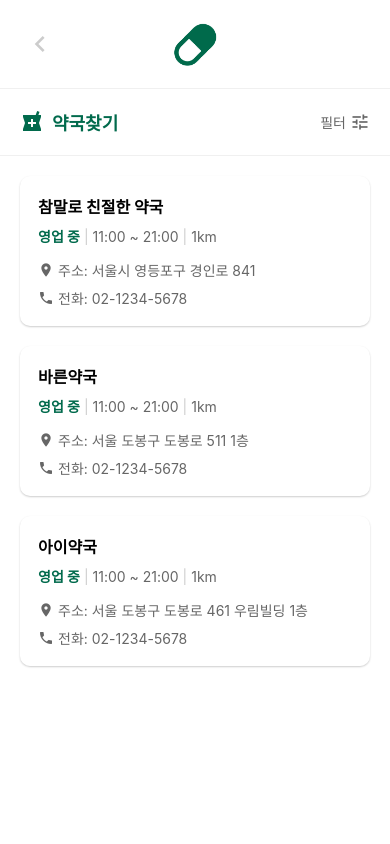
Repository: Sesac-icare/FrontEndiCare
Screen: /PharmacyList (app in iCare/)
An editor plug-in stored every save of this project. The screen is shown before and after the next save, followed by the edit.
The app was drawn by React Native's web renderer in a window 390 px wide. The project was rebuilt for these pictures with package versions that can differ from the ones it lists, and the page was loaded fresh each time. Some packages were replaced by stand-ins written for this rebuild. Also part of the build but not shown: iCare/components/Header.js, iCare/components/Contents.js, iCare/components/HospitalList.js, iCare/components/MyPage.js, iCare/components/auth/SignUp.js, iCare/components/DocumentStorage.js.

Above is the screen before, as saved 2025-02-06 13:22:00.

After the next save:
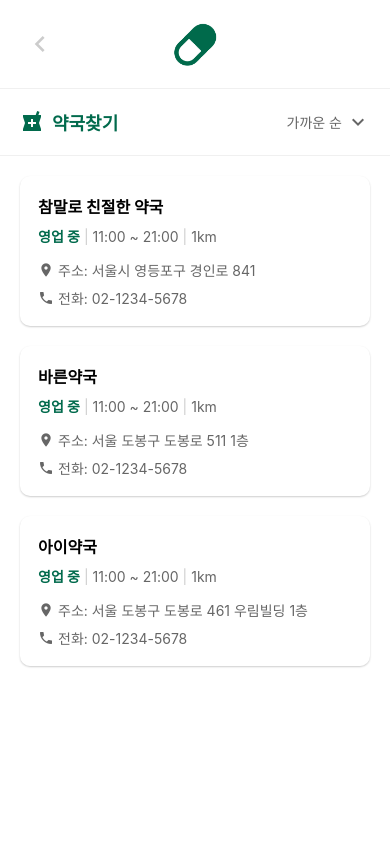
Saved 78 s later.
--- a/iCare/components/PharmacyList.js
+++ b/iCare/components/PharmacyList.js
@@ -59,12 +59,20 @@ export default function PharmacyList() {
 
         <View style={styles.subHeader}>
           <View style={styles.titleContainer}>
-            <MaterialIcons name="local-pharmacy" size={24} color="#016A4C" />
+            <MaterialIcons
+              name="local-pharmacy"
+              size={24}
+              color="#016A4C"
+            />
             <Text style={styles.pageTitle}>약국찾기</Text>
           </View>
           <TouchableOpacity style={styles.filterButton}>
-            <Text style={styles.filterText}>필터</Text>
-            <MaterialIcons name="tune" size={20} color="#666666" />
+            <Text style={styles.filterText}>가까운 순</Text>
+            <MaterialIcons
+              name="keyboard-arrow-down"
+              size={24}
+              color="#666666"
+            />
           </TouchableOpacity>
         </View>
 
